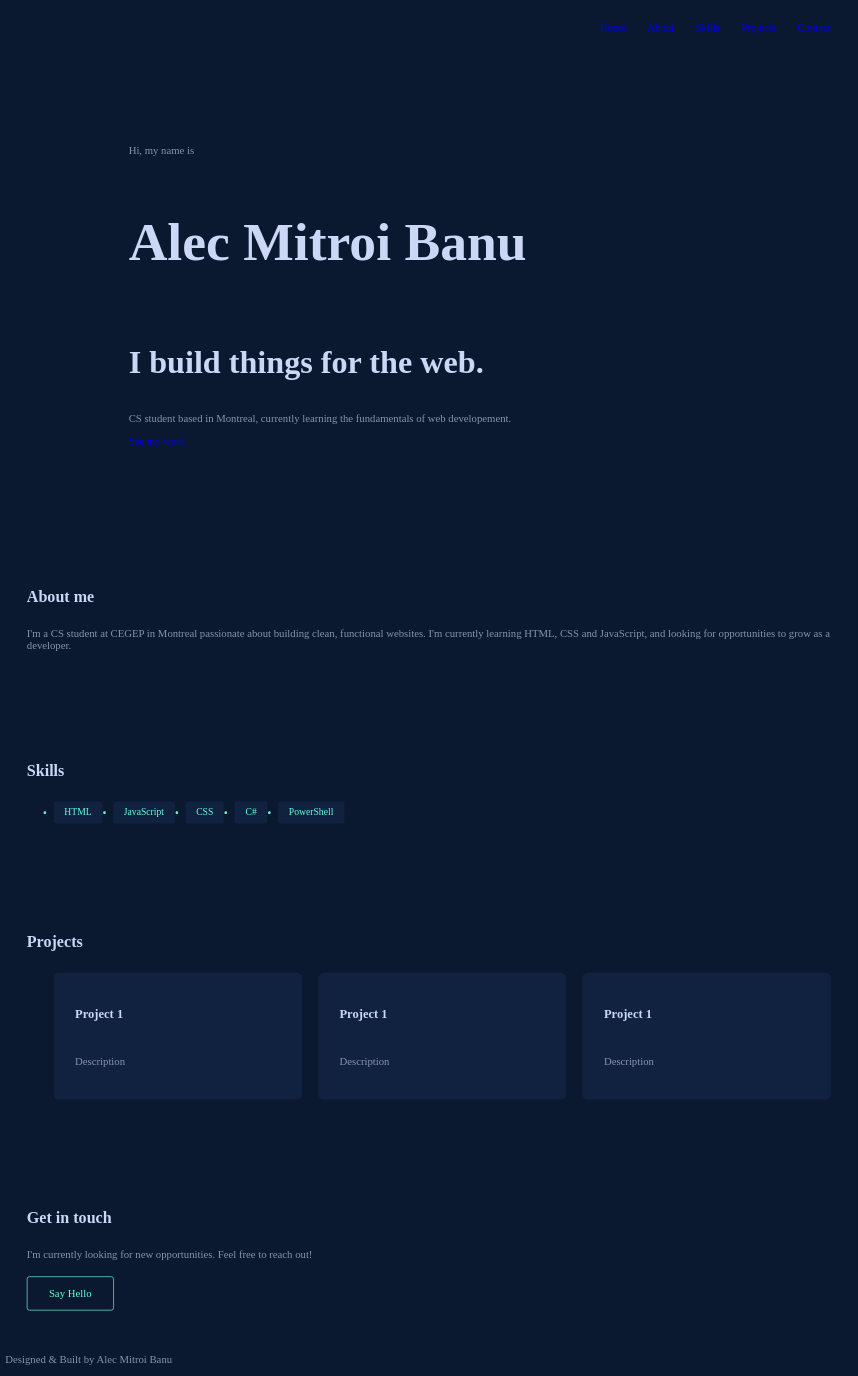
Repository: Alec-Banu/Alec-Banu
Page: index.html
The author's editor kept a copy of each file at every save. The page is drawn from the files as they stood at one save, then again after the next save.
The browser window is 1280 px wide. The pictures show the whole page, at 67% of full size.

Above is the page before, as saved 2026-05-04 13:15:27.

After the next save:
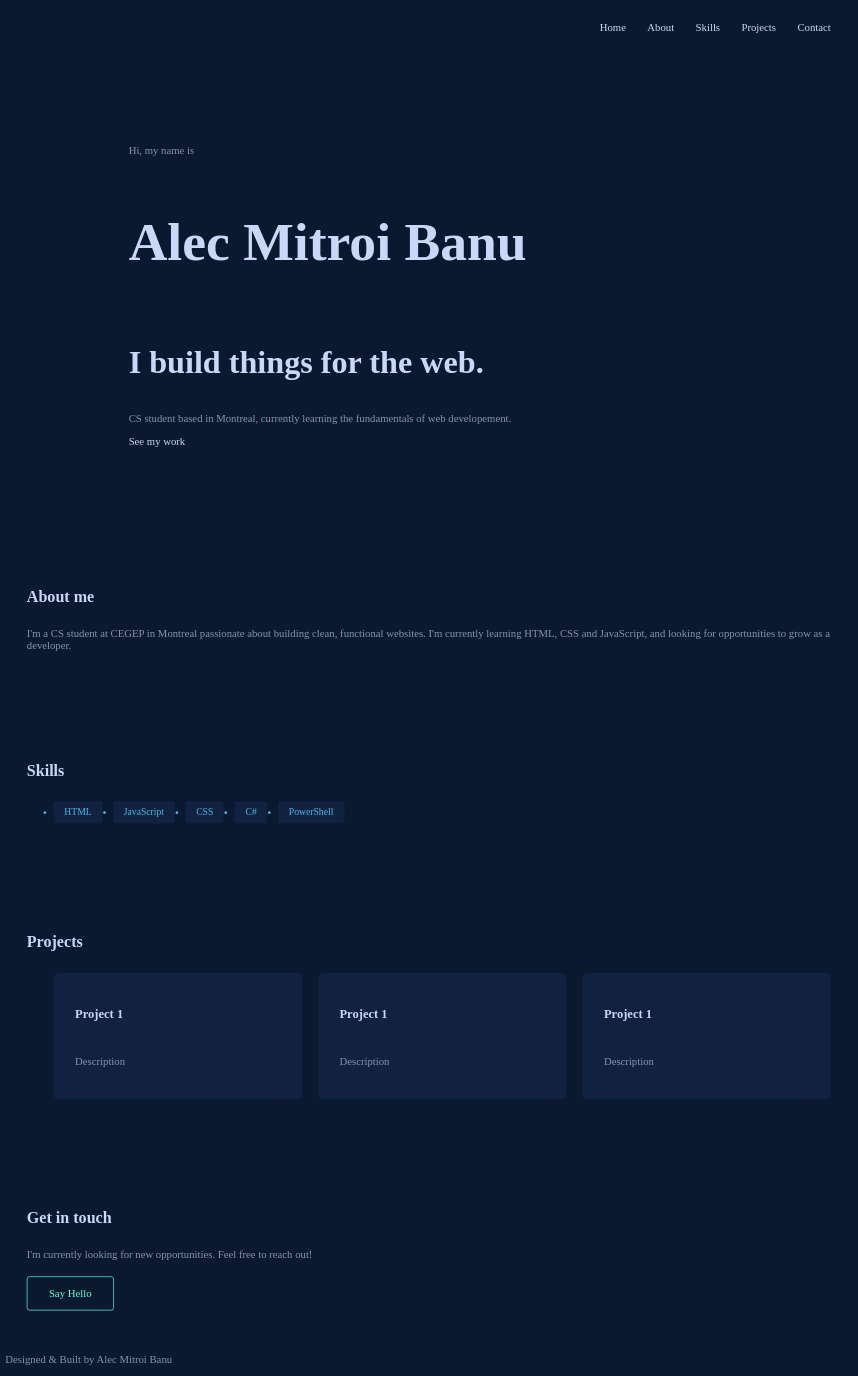
Saved 3 min 58 s later.
--- a/styles/index.css
+++ b/styles/index.css
@@ -17,6 +17,7 @@ h1 {
 
 a {
   text-decoration: none;
+  color: #ccd6f6;
 }
 
 nav {
@@ -57,7 +58,7 @@ section {
   }
   li {
     background-color: #112240;
-    color: #64ffda;
+    color: #44bbe7;
     padding: 0.5rem 1rem;
     border-radius: 0.25rem;
     font-size: 0.9rem;
